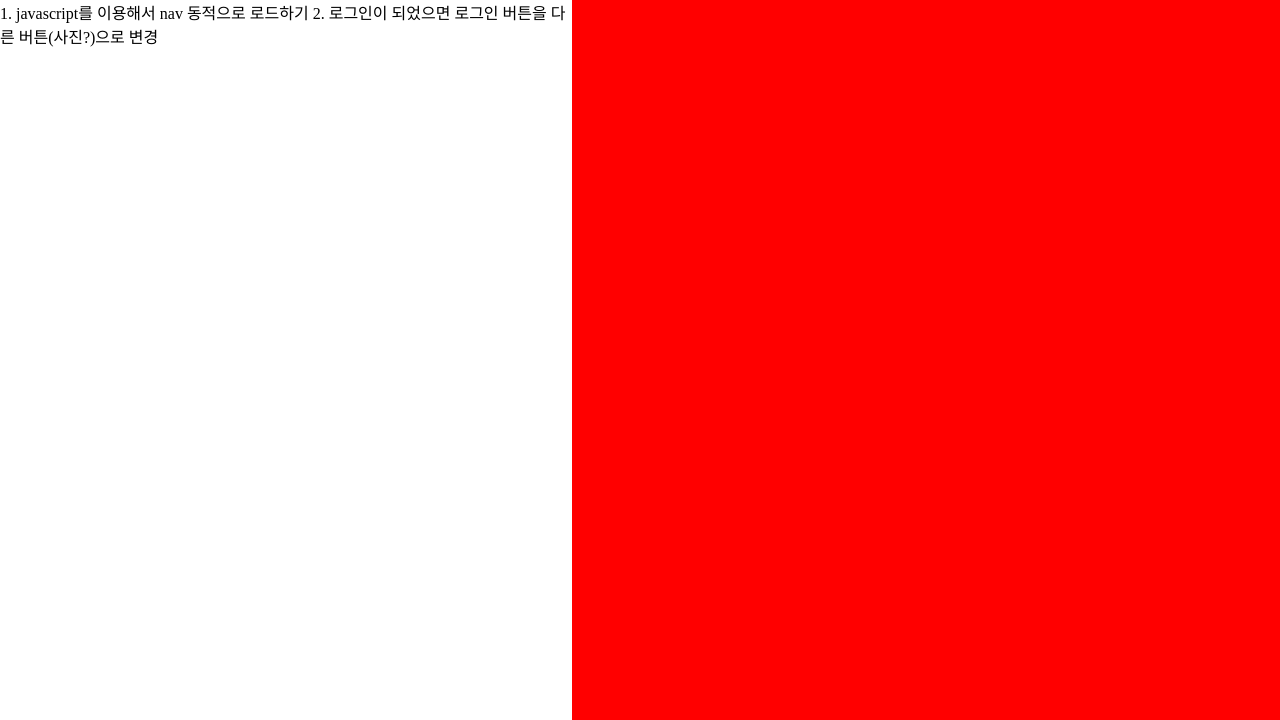
Repository: rwanda95do/bitcamp
Page: FrontProject/src/main/webapp/html/review.html
The author's editor kept a copy of each file at every save. The page is drawn from the files as they stood at one save, then again after the next save.
The browser window is 1280 px wide. The pictures show the whole page.

Above is the page before, as saved 2024-08-30 09:28:52.

### FrontProject/src/main/webapp/html/review.html
<!DOCTYPE html>
<html>
<head>
<meta charset="UTF-8">
<title>Insert title here</title>
<style type="text/css">
html, body{
	margin: 0;
	padding: 0;
	height: 100%;
}
.container{
	background: white;
	display: flex;
	justify-content: center;
	height: 100vh;
}
.main {
	width: 70%;
	background: red;
}
</style>
</head>
<body>
	<div class="container">
		<div>
			1. javascript를 이용해서 nav 동적으로 로드하기
			2. 로그인이 되었으면 로그인 버튼을 다른 버튼(사진?)으로 변경
		</div>
		<div class="main">
			<div style="height: 100px;">
				<img alt="" src="">
			</div>
			<div></div>
		</div>
	</div>
</body>
</html>

After the next save:
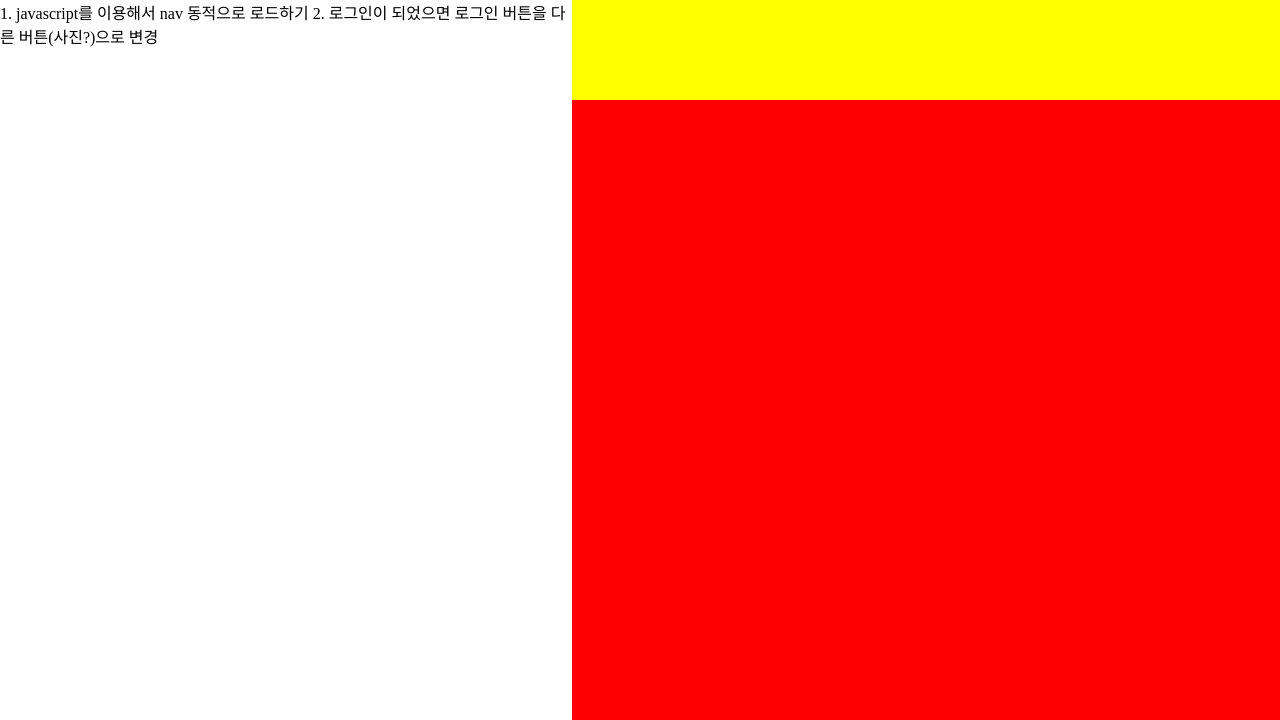
Saved 14 s later.
--- a/FrontProject/src/main/webapp/html/review.html
+++ b/FrontProject/src/main/webapp/html/review.html
@@ -28,7 +28,7 @@
 			2. 로그인이 되었으면 로그인 버튼을 다른 버튼(사진?)으로 변경
 		</div>
 		<div class="main">
-			<div style="height: 100px;">
+			<div style="height: 100px; background: yellow;">
 				<img alt="" src="">
 			</div>
 			<div></div>
